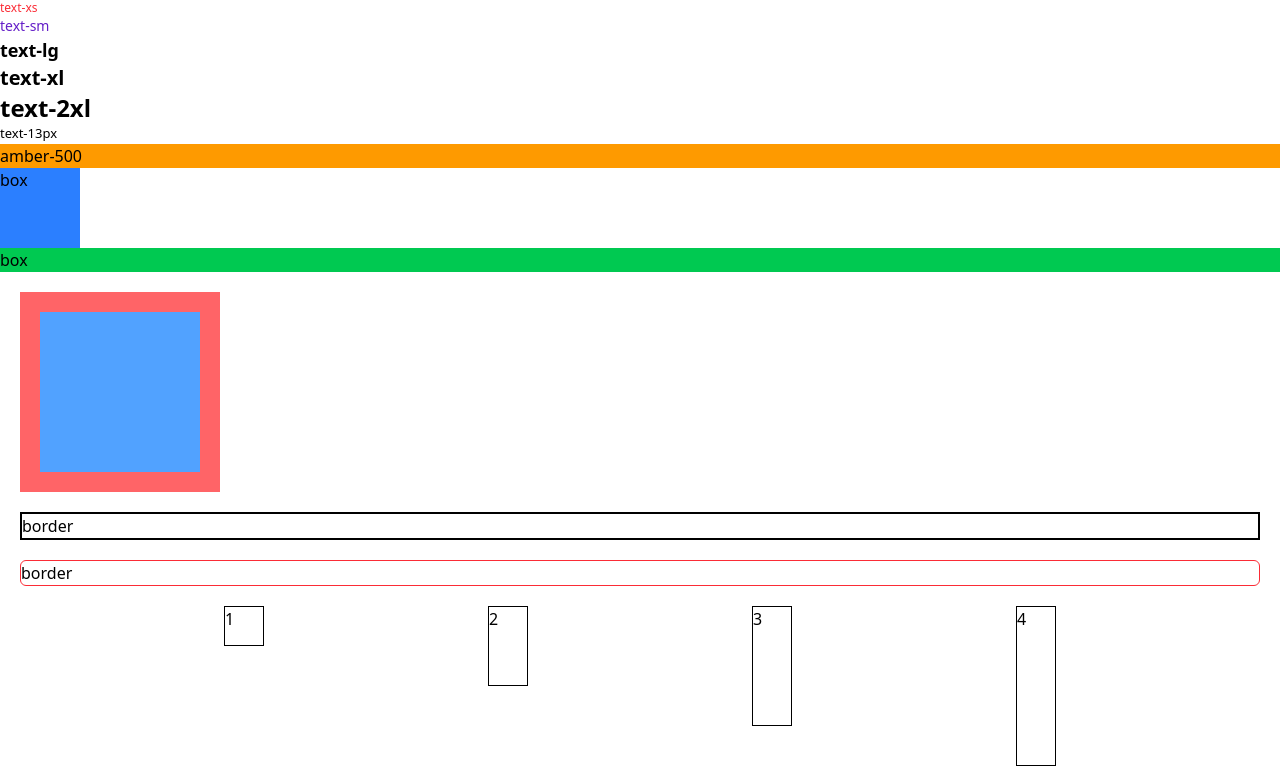
Repository: kkhhjjoo/onebite-tailwind
Page: /
The author's editor kept a copy of each file at every save. The page is drawn from the files as they stood at one save, then again after the next save.
The browser window is 1280 px wide. The pictures show the whole page.
The project was rebuilt for these pictures with package versions that can differ from the ones it lists, and the page was loaded fresh each time. Also part of the build but not shown: vite.config.ts, src/App.css.

Above is the page before, as saved 2025-12-24 20:05:24.

After the next save:
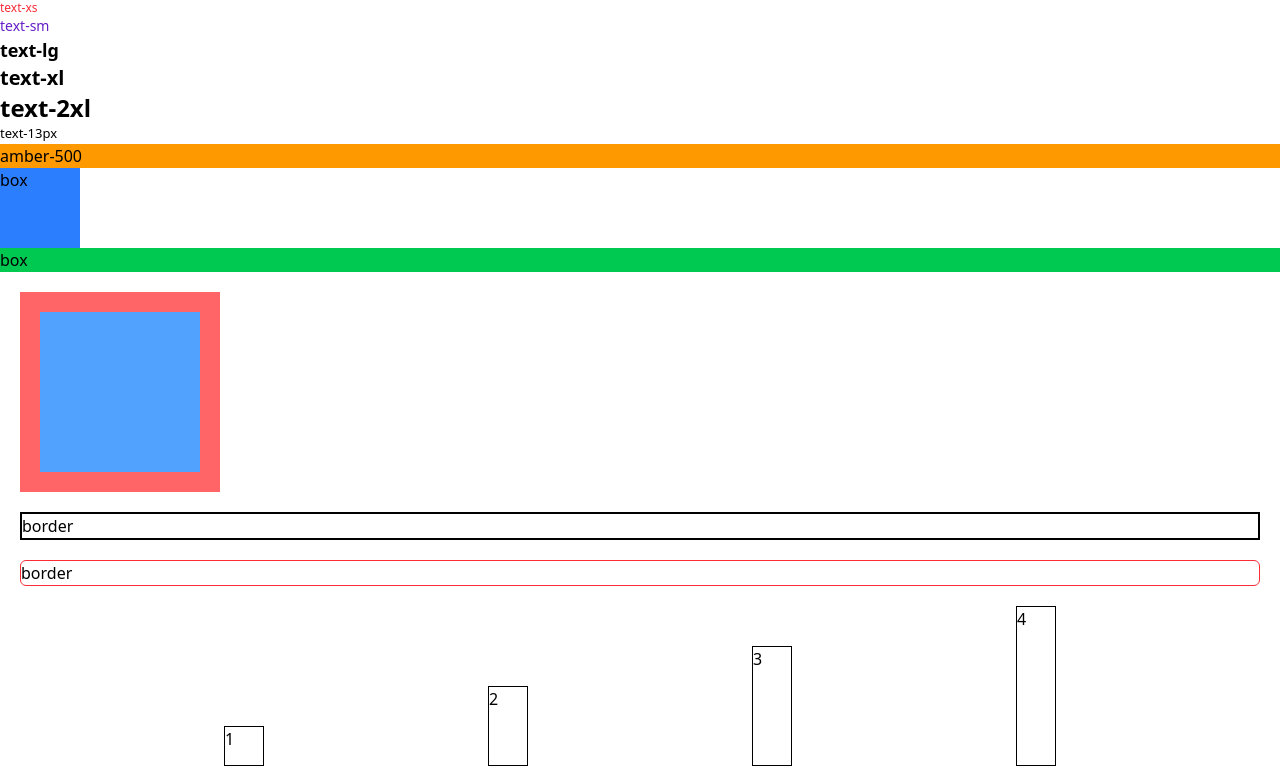
Saved 25 s later.
--- a/src/App.tsx
+++ b/src/App.tsx
@@ -31,7 +31,7 @@
       </div>
 
       {/* 6. 플렉스 컨테이너 */}
-      <div className="flex items-start justify-evenly">
+      <div className="flex items-end justify-evenly">
         <div className="h-10 w-10 border">1</div>
         <div className="h-20 w-10 border">2</div>
         <div className="h-30 w-10 border">3</div>

After the save that followed:
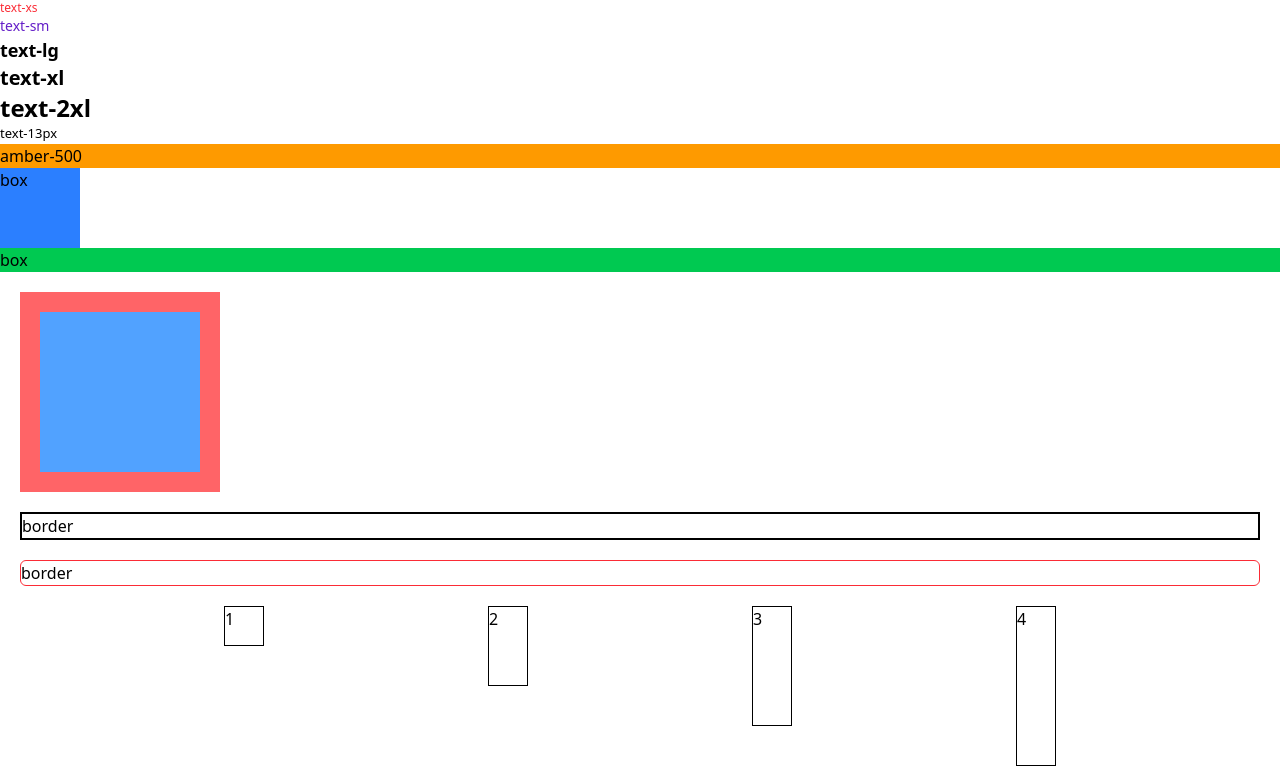
Saved 10 s later.
--- a/src/App.tsx
+++ b/src/App.tsx
@@ -31,7 +31,7 @@
       </div>
 
       {/* 6. 플렉스 컨테이너 */}
-      <div className="flex items-end justify-evenly">
+      <div className="flex items-start justify-evenly">
         <div className="h-10 w-10 border">1</div>
         <div className="h-20 w-10 border">2</div>
         <div className="h-30 w-10 border">3</div>
